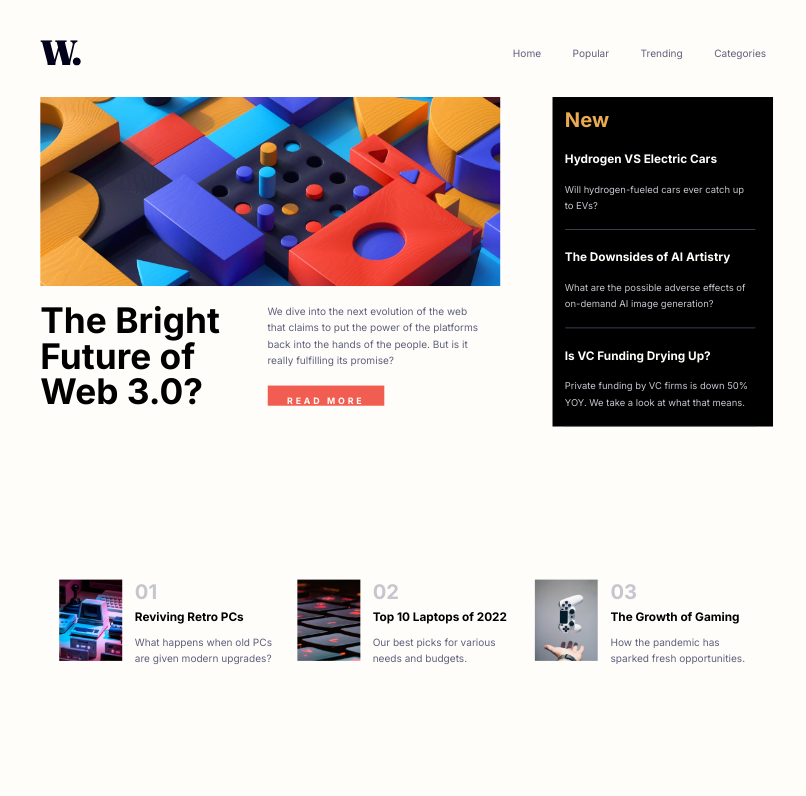
Repository: Arkitecth/news-webpage
Page: index.html
These files come from the project's save history. The page is drawn as it stood at one moment and after the next save; the edit follows.
The browser window is 1280 px wide. The pictures show the whole page, at 63% of full size.

Above is the page before, as saved 2023-06-07 21:17:52.

### index.html
<!DOCTYPE html>
<html lang="en">
<head>
  <meta charset="UTF-8">
  <meta name="viewport" content="width=device-width, initial-scale=1.0"> <!-- displays site properly based on user's device -->
  <title>News homepage</title>
  <link rel="stylesheet" media="screen and (min-width: 768px) and (max-width:1440px)"href="style.css">
  <link rel="stylesheet" media="screen and (min-width:250px) and (max-width:900px)" href="mobile.css">
</head>
<body>
  <main>
    <nav class="flex-container">
      <img class="logo" src="assets/images/logo.svg" alt="logo">
      <div class="hamburger-menu">
        <img class="icon-menu" src="assets/images/icon-menu.svg" alt="icon-menu">
          <ul class="menu-items">
            <li><a href="#"> Home </a> </li>
            <li><a href="#"> Popular </a></li>
            <li><a href="#">Trending </a></li>
            <li><a href="#">Categories</a></li>
          </ul>
      </div>
    </nav>

    <div class="showcase">
      <section class="showcase-card">
        <img class="background-image" src="assets/images/image-web-3-mobile.jpg" alt="background-image">
        <h1>The Bright Future of Web 3.0? </h1>
        <p> We dive into the next evolution of the web that claims to put the power of the platforms back into the hands of the people.
          But is it really fulfilling its promise? </p>
        <a class="primary-btn" href="#">Read more </a>
      </section>

       <section class="news-card">
        <h2>New</h2>
        <article>
          <h3>Hydrogen VS Electric Cars</h3>
          <p>Will hydrogen-fueled cars ever catch up to EVs?  </p>
        </article>

        <article>
          <h3>The Downsides of AI Artistry </h3>
          <p>What are the possible adverse effects of on-demand AI image generation?</p>
        </article>
        <article>
          <h3>Is VC Funding Drying Up?</h3>
          <p>Private funding by VC firms is down 50% YOY. We take a look at what that means.</p>
        </article>
    </section>

    <section class="game-card">
      <article>
        <img src="assets/images/image-retro-pcs.jpg" alt="image-retro-pcs">
        <div class="game-content">
          <h2>01</h2>
          <h3>Reviving Retro PCs</h3>
          <p>What happens when old PCs are given modern upgrades?</p>
        </div>
      </article>

      <article>
        <img src="assets/images/image-top-laptops.jpg" alt="image-top-laptops">
        <div class="game-content">
          <h2>02</h2>
          <h3>Top 10 Laptops of 2022</h3>
          <p>Our best picks for various needs and budgets.</p>
        </div>
      </article>

      <article>
        <img src="assets/images/image-gaming-growth.jpg" alt="image-top-laptops">
        <div class="game-content">
          <h2>03</h2>
          <h3>The Growth of Gaming</h3>
          <p>How the pandemic has sparked fresh opportunities.</p>
        </div>
      </article>

    </section>

    </div>
  </main>
<script src="script.js"></script>
</body>
</html>

### style.css
@import url('https://fonts.googleapis.com/css2?family=Inter:wght@400;700;800&display=swap');

:root {
    --dark-primary: #00001A;
    --dark-secondary:#5E607A;
    --almost-white:#FFFDFA;
    --primary-color:#F15D51;
    --list-color:#5E607A
}

/* Main Styling */
* {
    margin: 0;
    padding: 0;
    box-sizing: border-box;
}


p {
    color: #5E607A;
    line-height: 26px;
}

body {
    font-family: 'Inter', sans-serif;
    background: #FFFDFA;
}

.primary-btn {
    text-decoration: none;
    text-transform: uppercase;
    background-color: var(--primary-color);
    color: var(--almost-white);
    width: 185px;
    height: 32px;
    font-weight: 700;
    font-size: 14px;
    text-align: center;
    padding-top: 1rem;
    letter-spacing: 4.38px;
}


.primary-btn:hover {
    background-color: #00001A;
}

main {
    max-width: 1300px;
    margin: auto;
    padding: 4rem 4rem;
}

.icon-menu {
    display: none;
}

.flex-container {
    display: flex;
    justify-content: space-between;
    align-items: center;
}

.menu-items li  {
    list-style-type: none;
}
.menu-items {
    display: flex;
    justify-content: space-evenly;
    gap: 50px;
}
.menu-items li a {
    color: var(--list-color);
    text-decoration: none;
}

.menu-items li a:hover {
    color: var(--primary-color);
}

.background-image {
    content: url("assets/images/image-web-3-desktop.jpg");
    width: 730px;
}

/* Showcase */

.showcase {
    display: grid;
    grid-template-columns: 2fr 1fr;
    grid-template-rows: 1fr 1fr;
    margin-top: 50px;
}

.showcase-card .background-image {
    grid-row: 1;
    grid-column: 1 / span 3;
}

.showcase-card {
    display: grid;
    grid-template-rows: auto auto auto auto;
    grid-template-columns: auto auto auto;
    row-gap: 20px;
}

.showcase-card h1 {
    grid-row: 2 / span 3;
    font-size: 56px;
    line-height: 56px;
}

.showcase-card p {
    grid-row-start: 2;
    width: 350px;
    grid-column: 2 / span 3;
}

.showcase-card a {
    grid-row: 3;
}
.news-card {
    display: grid;
    background-color: black;
    color: #FFFDFA;
    padding-left: 20px;
    width: 350px;
}

.news-card h2 {
    color: #E9AA52;
    font-size: 2rem;
    padding-top: 1rem;
}

.news-card article h3 {
    padding-bottom: 1.5rem;
    padding-top: 2rem;
}

.news-card article p {
    padding-bottom: 1.5rem;
    width: 302px;
    font-size: 15px;
    border-bottom: 1px solid #5E607A;
    color: #C5C6CE;
}


/* Game Card */

.game-card {
    display: grid;
    grid-template-columns: 1fr 1fr 1fr;
    margin: 100px 30px 0 30px;
    justify-content: center;
    align-items: center;
    gap:30px;
    grid-column:  1 / span 2;
}

.game-card img {
    width: 100px;
    height: 129px;
}

.game-card article {
    display: grid;
    grid-template-columns: auto 1fr;
}

.game-content {
   padding-left: 20px;
}

.game-content h2 {
    color: #C5C6CE;
    font-size: 2rem;
    padding-bottom: 0.5rem;
}

.game-content h3 {
    padding-bottom: 1rem;
}

### script.js
const hamburger = document.querySelector(".hamburger-menu");
const iconMenu = document.querySelector(".icon-menu");
const menuItems = document.querySelector(".menu-items");
const backgroundImage = document.querySelector(".background-image");

const body = document.querySelector("body");
iconMenu.addEventListener("click", () => {
    hamburger.classList.toggle("menu-box");
    iconMenu.classList.toggle("toggle-icon");
    menuItems.classList.toggle("toggle-menu-items");
    body.classList.toggle("toggle-dark");
    backgroundImage.classList.toggle("toggle-background-brightness");
})
iconMenu.src = "assets/images/icon-menu.svg";

### mobile.css
:root {
    --dark-primary: #00001A;
    --dark-secondary:#5E607A;
    --almost-white:#FFFDFA;
    --primary-color:#F15D51;
}
main {
    display: grid;
    grid-template-rows: auto auto auto auto;
}

.flex-container {
    display: flex;
    justify-content: space-between;
    align-items: center;
}

.container {
    margin: 1.25rem;
}

.logo {
    margin: 1.25rem;
}


/* Menu and Nav */
.icon-menu {
    display: block;
}
.menu-items {
    list-style-type: none;
    display: none;
    font-size: 1.125rem;
}

.menu-items li {
    padding: 20px;
}


.menu-items li a {
    text-decoration: none;
    color: #00001A;

}


.hamburger-menu {
    margin: 20px;
}

.toggle-dark {
    background-color: rgba(18, 23, 37, 0.6);
}

.menu-box {
    position: absolute;
    margin: 0;
    top: 0;
    right: 0;
    height: 100vh;
    width: 40vh;
    background-color: var(--almost-white);
    z-index: 1;
}


.toggle-icon {
    content: url("assets/images/icon-menu-close.svg");
    padding-top: 20px;
    margin-left: 80%;
}

.toggle-menu-items {
    display: block;
    padding: 20px;
}

.toggle-background-brightness {
    filter: brightness(50%);
}

.showcase {
    display: block;
}

/* Showcase Card */

.background-image {
    width: 343px;
}

.showcase-card {
    display: grid;
    grid-template-rows: repeat(1fr 1fr 1fr 1fr);
    align-content: center;
    justify-content: center;
}

.showcase-card h1 {
    font-size: 2.5rem;
    font-weight: 800;
    width: 21.4375rem;
    padding: 1rem 0 1rem 0;
}

.showcase-card p {
    width: 21.4375rem;
}

.primary-btn {
    margin-top: 20px;
}

.primary-btn {
    text-decoration: none;
    text-transform: uppercase;
    background-color: var(--primary-color);
    color: var(--almost-white);
    width: 185px;
    height: 32px;
    font-weight: 700;
    font-size: 14px;
    text-align: center;
    padding-top: 1rem;
    letter-spacing: 4.38px;
}


.primary-btn:hover {
    background-color: #00001A;
}

/* News Card */
.news-card {
    display: grid;
    justify-content: center;
    background-color: black;
    color: #FFFDFA;
    margin: 100px 30px 0 30px;
    padding-left: 20px;
}

.news-card h2 {
    color: #E9AA52;
    font-size: 2rem;
    padding-top: 1rem;
}

.news-card article h3 {
    padding-bottom: 1.5rem;
    padding-top: 2rem;
}

.news-card article p {
    padding-bottom: 1.5rem;
    border-bottom: 1px solid #5E607A;
    color: #C5C6CE;
}

/* Game Card */

.game-card {
    display: grid;
    grid-template-rows: 1fr 1fr 1fr;
    margin: 100px 30px 0 30px;
    justify-content: center;
    padding-bottom: 100px;
    align-items: center;
    gap:30px
}

.game-card img {
    width: 100px;
    height: 129px;
}

.game-card article {
    display: grid;
    grid-template-columns: auto 1fr;
}

.game-content {
   padding-left: 20px;
}

.game-content h2 {
    color: #C5C6CE;
    font-size: 2rem;
    padding-bottom: 0.5rem;
}

.game-content h3 {
    padding-bottom: 1rem;
}

After the next save:
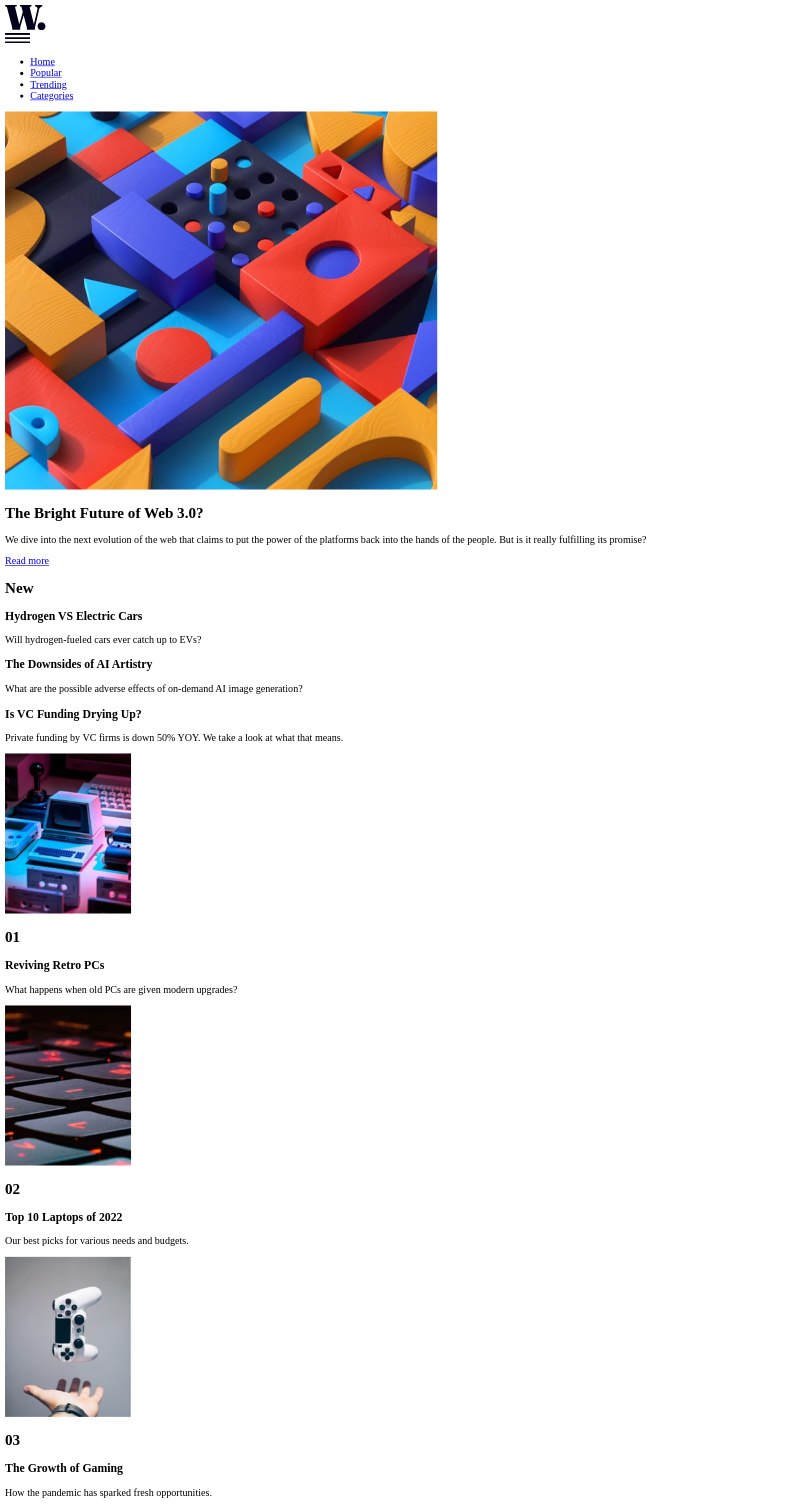
Saved 39 s later.
--- a/index.html
+++ b/index.html
@@ -4,7 +4,7 @@
   <meta charset="UTF-8">
   <meta name="viewport" content="width=device-width, initial-scale=1.0"> <!-- displays site properly based on user's device -->
   <title>News homepage</title>
-  <link rel="stylesheet" media="screen and (min-width: 768px) and (max-width:1440px)"href="style.css">
+  <link rel="stylesheet" media="href="style.css">
   <link rel="stylesheet" media="screen and (min-width:250px) and (max-width:900px)" href="mobile.css">
 </head>
 <body>

After the save that followed:
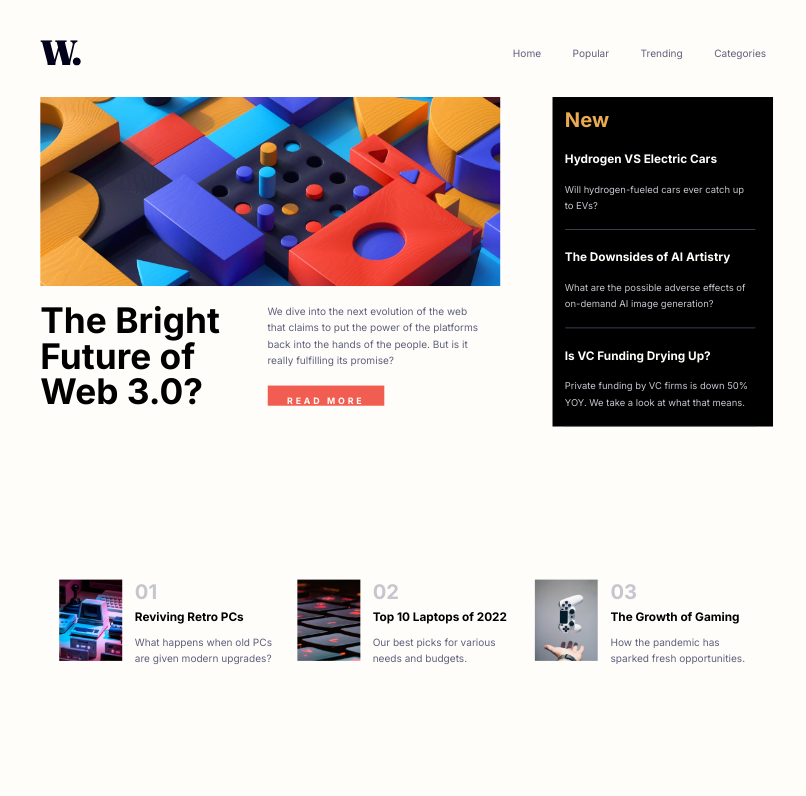
Saved 9 s later.
--- a/index.html
+++ b/index.html
@@ -4,7 +4,7 @@
   <meta charset="UTF-8">
   <meta name="viewport" content="width=device-width, initial-scale=1.0"> <!-- displays site properly based on user's device -->
   <title>News homepage</title>
-  <link rel="stylesheet" media="href="style.css">
+  <link rel="stylesheet" media="screen and (min-width: 900px) and (max-width:1440px)"href="style.css">
   <link rel="stylesheet" media="screen and (min-width:250px) and (max-width:900px)" href="mobile.css">
 </head>
 <body>
